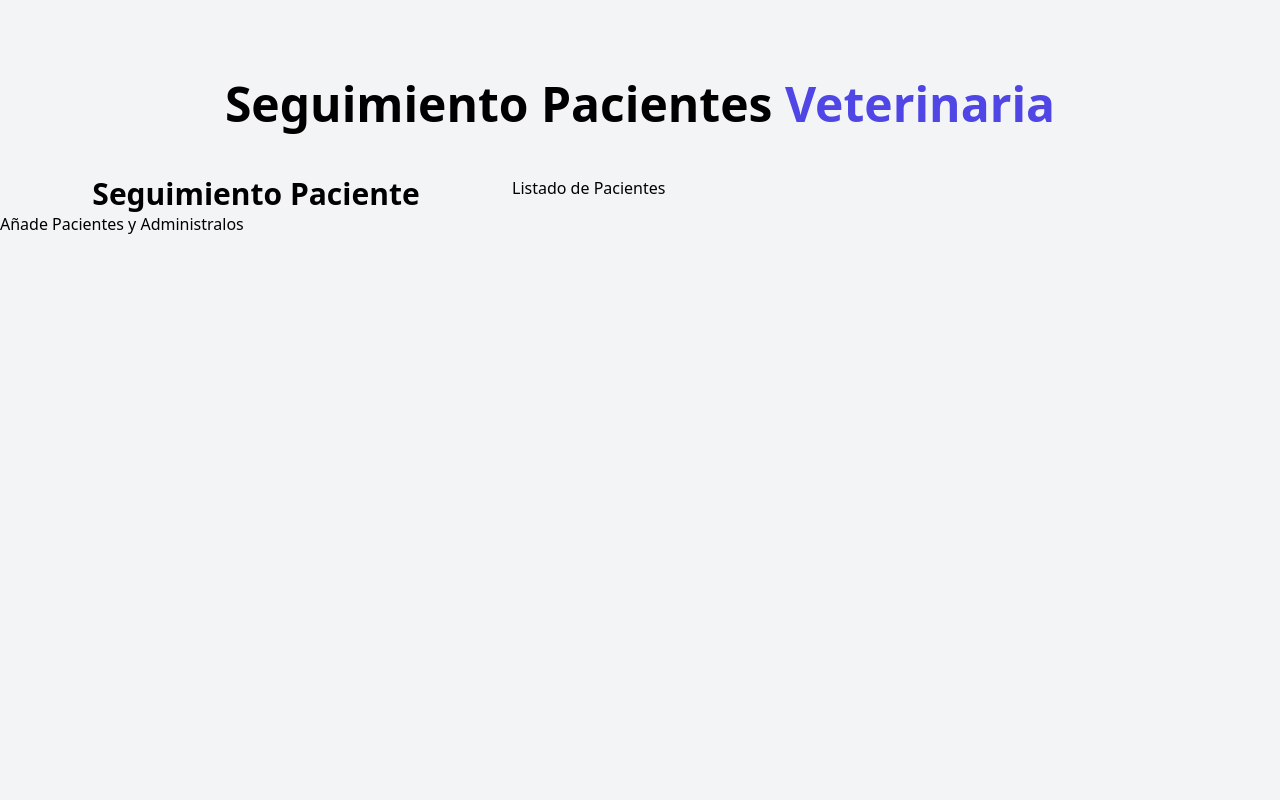
Repository: richardacb/citas_react_vite
Page: /
The author's editor kept a copy of each file at every save. The page is drawn from the files as they stood at one save, then again after a run of saves.
The browser window is 1280 px wide. The pictures show the whole page.
The project was rebuilt for these pictures with package versions that can differ from the ones it lists, and the page was loaded fresh each time. Also part of the build but not shown: vite.config.js.

Above is the page before, as saved 2022-12-17 02:37:15.

### src/App.jsx
import { useState } from "react";
import Header from "./components/Header";
import Formulario from "./components/Formulario";
import ListadoPacientes from "./components/ListadoPacientes";

function App() {
  return (
    <div className="container mx-auto mt-20">
      <Header />
      <div className="mt-12 md:flex">
        <Formulario />
        <ListadoPacientes />
      </div>
    </div>
  );
}

export default App;

### src/components/Header.jsx
function Header() {
  return (
    <>
        <h1 className="font-black text-5xl text-center md:w-2/3 mx-auto">Seguimiento Pacientes {''}
         <span className="text-indigo-600">Veterinaria</span></h1>
    </>
  );
}

export default Header;

### src/components/Formulario.jsx
const Formulario = () => {
    return (
        <div className="md:w-1/2 lg:w-2/5">
            <h2 className="font-black text-3xl text-center">Seguimiento Paciente</h2>

            <p>
                Añade Pacientes y {''} <span className="">Administralos</span>
            </p>
        </div>
    )
}

export default Formulario;

### src/components/ListadoPacientes.jsx
const ListadoPacientes = () => {
  return (
    <div className="w-1/2 lg:w-3/5">
      <h2>Listado de Pacientes</h2>
    </div>
  );
};

export default ListadoPacientes;

Loaded but not shown: index.html (common file); src/main.jsx (common file); src/index.css (common file); tailwind.config.cjs (common file)

After the next 3 saves:
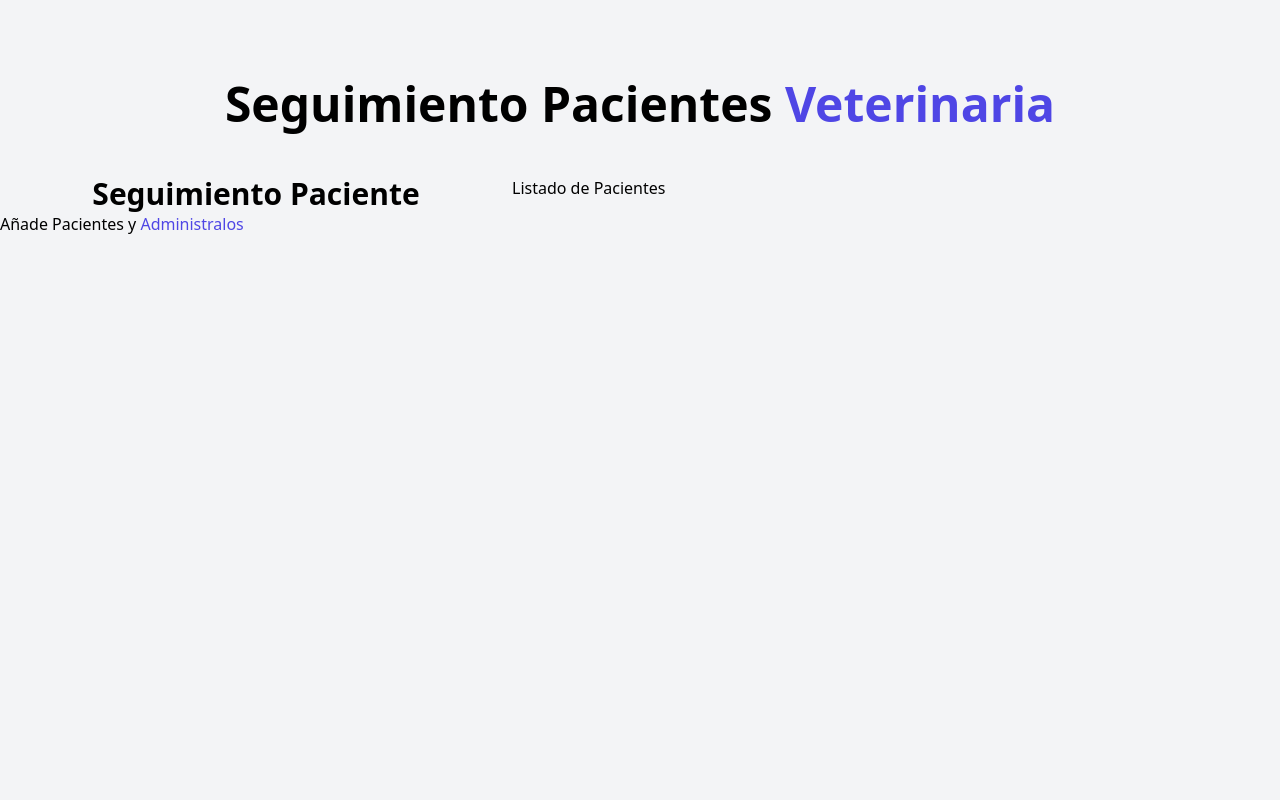
The 3 saves are shown as one change because they came seconds apart.
The last was saved 10 s later.
--- a/src/components/Formulario.jsx
+++ b/src/components/Formulario.jsx
@@ -4,7 +4,7 @@ const Formulario = () => {
             <h2 className="font-black text-3xl text-center">Seguimiento Paciente</h2>
 
             <p>
-                Añade Pacientes y {''} <span className="">Administralos</span>
+                Añade Pacientes y {''} <span className="text-indigo-600">Administralos</span>
             </p>
         </div>
     )
